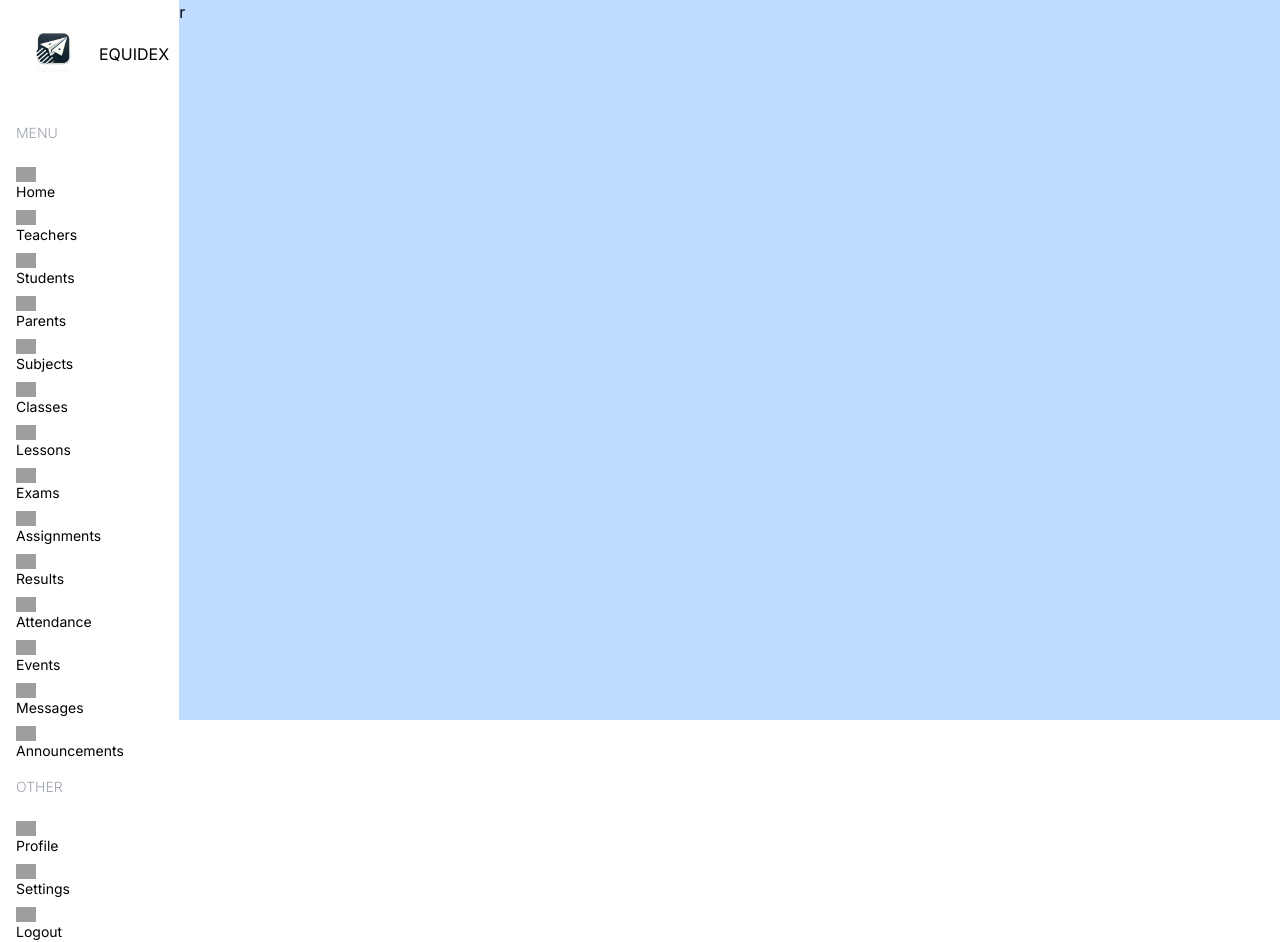
Repository: MikeeBuilds/equidex
Page: /admin
These files come from the project's save history. The page is drawn as it stood at one moment and after a run of saves; the edit follows.
The browser window is 1280 px wide. The pictures show the whole page.
Pictures or frames that could not be fetched are drawn as grey boxes. The project was rebuilt for these pictures with package versions that can differ from the ones it lists, and the page was loaded fresh each time. The framework's server and built-in components were replaced by stand-ins that run in the browser. Also part of the build but not shown: next.config.mjs.

Above is the page before, as saved 2024-09-24 16:53:10.

After the next 2 saves:
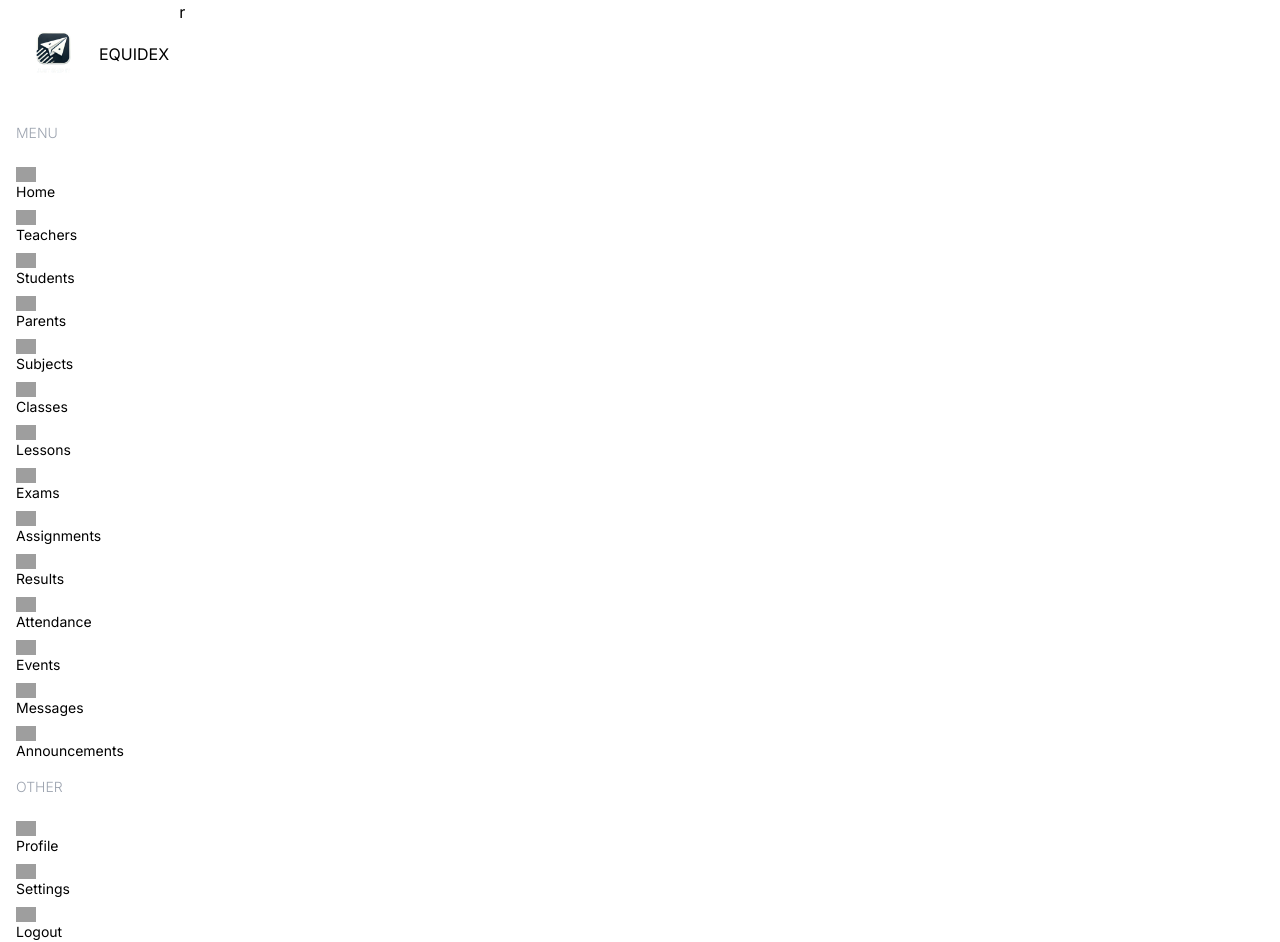
The 2 saves are shown as one change because they came seconds apart.
The last was saved 9 s later.
--- a/src/app/(dashboard)/layout.tsx
+++ b/src/app/(dashboard)/layout.tsx
@@ -22,7 +22,7 @@
           <Menu/>
         </div>
         {/* RIGHT SIDE */}
-        <div className="w-5/6 md:w-[92%] lg:w-[84%] xl:w-[86%] bg-blue-200">
+        <div className="w-5/6 md:w-[92%] lg:w-[84%] xl:w-[86%]">
           r
         </div>
       </div>
